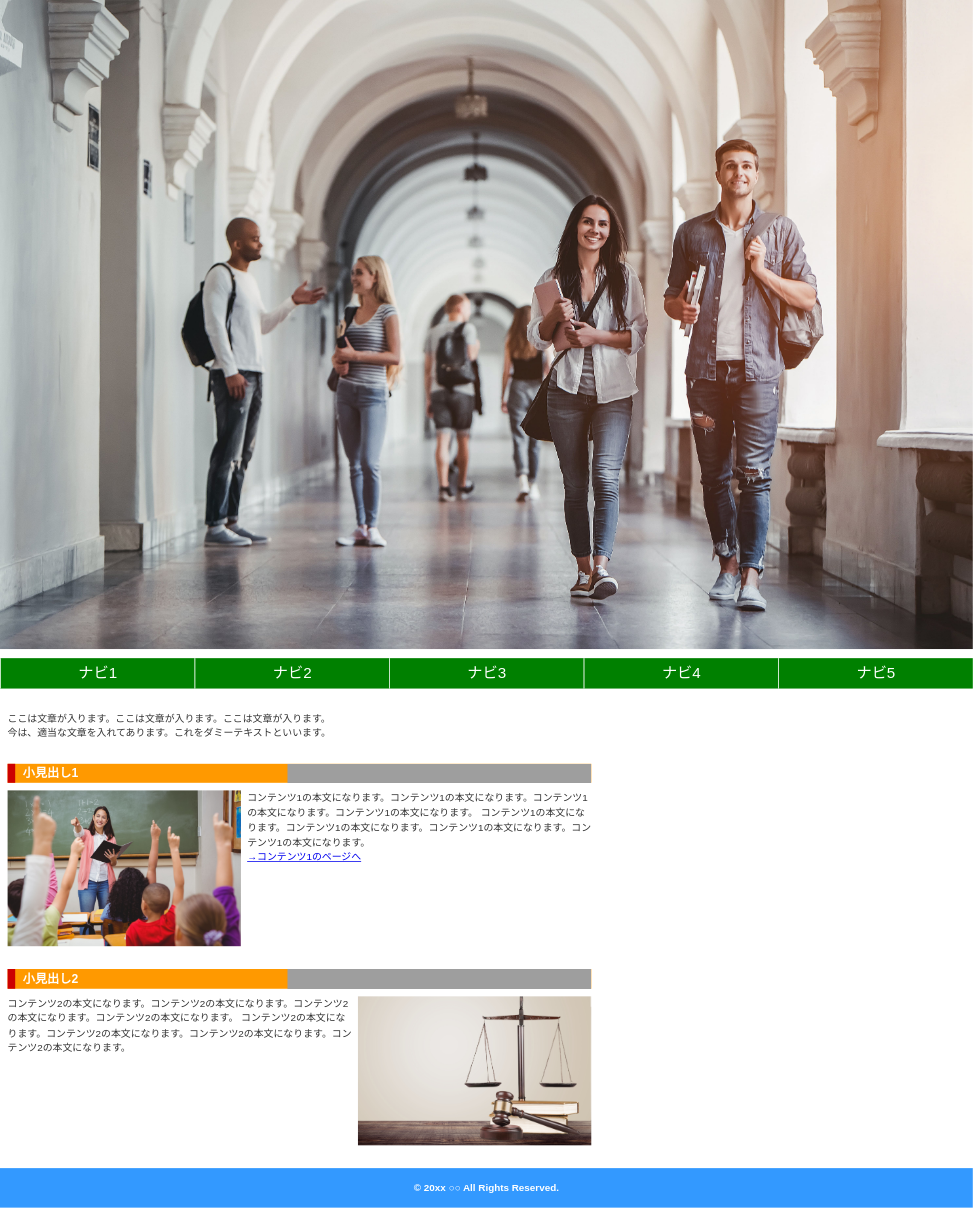
Repository: xki7-ko/samurai_HTML-CSS
Page: home.html
The author's editor kept a record of every edit. The page is drawn from the files as they stood at one moment, then again after the next edit.
The browser window is 1280 px wide. The pictures show the whole page, at 76% of full size.
Pictures or frames that could not be fetched are drawn as grey boxes.

Above is the page before.

### home.html
<!DOCTYPE html>
<html lang="ja">
    <head>
        <meta charset="UTF-8">
        <title>HTML/CSSの学習</title>
        <link rel="stylesheet" href="stylesheet.css">
    </head>
    <body>
        <div id="header">
            <h1><a href="index.html"><img id="corridor" src="images/corridor.jpg" alt="大学の廊下" /></a></h1>
        </div>
        <div id="wrapper">
            <div id="nav">
                <ul>
                    <li><a href="home.html">ナビ1</a></li>
                    <li><a href="#">ナビ2</a></li>
                    <li><a href="#">ナビ3</a></li>
                    <li><a href="#">ナビ4</a></li>
                    <li><a href="#">ナビ5</a></li>
                </ul>
            </div>
            <div id="container">
                <div id="main">
                    <div class="post">
                        <p>ここは文章が入ります。ここは文章が入ります。ここは文章が入ります。<br />今は、適当な文章を入れてあります。これをダミーテキストといいます。</p>
                    </div>
                    <div class="post clearfix">
                        <h2>小見出し1</h2>
                        <img class="left" src="images/classroom.jpg" alt="授業風景" />
                        <p>
                            コンテンツ1の本文になります。コンテンツ1の本文になります。コンテンツ1の本文になります。コンテンツ1の本文になります。
                            コンテンツ1の本文になります。コンテンツ1の本文になります。コンテンツ1の本文になります。コンテンツ1の本文になります。
                        </p>
                        <P><a href="#">→コンテンツ1のページへ</a></P>
                    </div>
                    <div class="post clearfix">
                        <h2>小見出し2</h2>
                        <img class="right" src="images/scale.jpg" alt="天秤" />
                        <p>
                            コンテンツ2の本文になります。コンテンツ2の本文になります。コンテンツ2の本文になります。コンテンツ2の本文になります。
                            コンテンツ2の本文になります。コンテンツ2の本文になります。コンテンツ2の本文になります。コンテンツ2の本文になります。
                        </p>
                    </div>
                </div>
            </div>
        </div>
        <div id="footer">
            <p>&copy; 20xx ○○ All Rights Reserved.</p>
        </div>
    </body>
</html>

### stylesheet.css
@charset "utf-8";

body {
    margin: 0;
    padding: 0;
    font-family: "ヒラギノ角ゴ　pro　w3",
    "Hiragino kaku Gothic Pro", "メイリオ",Meiryo,Osaka,
    "MS　Ｐゴシック","MS PGothic", sans-serif;
    color: #333;
    font-size: 13px;
    line-height: 150%;
}

/*--------------- wrapper --------------------*/

#wrapper {
    width: 100%;
    margin: auto;
    padding: 0px;
    border: 0px;
    background-color: #FFF;
    top: 10px;
    position: relative;
}

/*------------ header -------------*/
#header {
    width: 100%;
}
#header h1 {
    margin: 0;
    padding: 0;
}

#corridor {
    width: 100%;
    height: auto;
}

/*------------- footer ------------*/
#footer {
    clear: both;
    width: 100%;
    padding: 3px 0 3px 0;
    background: #39F;
    color: #FFF;
    font-weight: bold;
    text-align: center;
}

/*----------- nav ----------------*/
#nav {
    width: 100%;
}
#nav ul {
    margin: 0;
    padding: 0;
    list-style-type: none;
}
#nav ul li {
    float: left;
    width: 20%;
    text-align: center;
}
#nav ul li a {
    display: block;
    height: 20px;
    margin: 0;
    padding: 10px;
    color: #FFF;
    font-size: 20px;
    text-decoration: none;
    background-color: green;
    border-left: 1px solid white;
}

#nav ul li a:hover{
	filter: drop-shadow(10px 10px 10px black);
}

/*------------- container ---------------*/
#container {
	width: 100%;
	margin: auto ;
	padding-top: 20px;
	clear: both;
}
/* -------------------- main -------------------- */
#main {
	float: left;
	width: 60%;
	padding: 10px 30px 10px 10px;
}
#main h2 {
	margin: 0 0 10px 0;
	padding: 3px 10px 3px 10px;
	color: #FFF;
	font-size: 16px;
	border-left: solid 10px #C00;
	background: #F90 url(../images/main_h2.jpg) right top repeat-y;
}
#main p {
	margin: 0;
	padding: 0;
}
#main .post {
	margin: 0 0 30px 0;
}

#main .post img.right {
	margin: 0 0 0 8px;
}
#main .post img.left {
	margin: 0 8px 0 0;
}

.right {
	float: right;
	width: 40%;
	height: auto;
}
.left {
	float: left;
	width: 40%;
	height: auto;
}

/* -------------------- clearfix -------------------- */
.clearfix {
	zoom: 1;
}
.clearfix:after{
	content: "";
	display: block;
	clear: both;
}

/* -------------------- side -------------------- */
#side {
	float: right;
	width: 30%;
	padding: 20px;
	background-color: #F99;
}
#side .box {
	margin: 0 auto 30px auto;
	padding: 0 0 20px 0;
	background: url(images/side_box.png) bottom no-repeat;
}
#side .box h2 {
	margin: 0;
	padding: 8px;
	text-align: center;
	color: #FFF;
	font-size: 16px;
	line-height: 16px;
	font-weight: normal;
	background: url(images/side_box_h2.png) center no-repeat;
}
#side .box .boxBody {
	padding: 8px;
	border-right: solid 1px #C36;
	border-bottom: solid 1px #C36;
	border-left: solid 1px #C36;
	background: #FFF;
}
#side .box .boxBody ul {
	margin: 0 0 16px 0;
	padding: 0;
}
#side .box .boxBody ul li {
	padding: 8px 0 8px 4px;
	list-style: none;
	border-bottom: solid 1px #C36;
}

After the next edit:
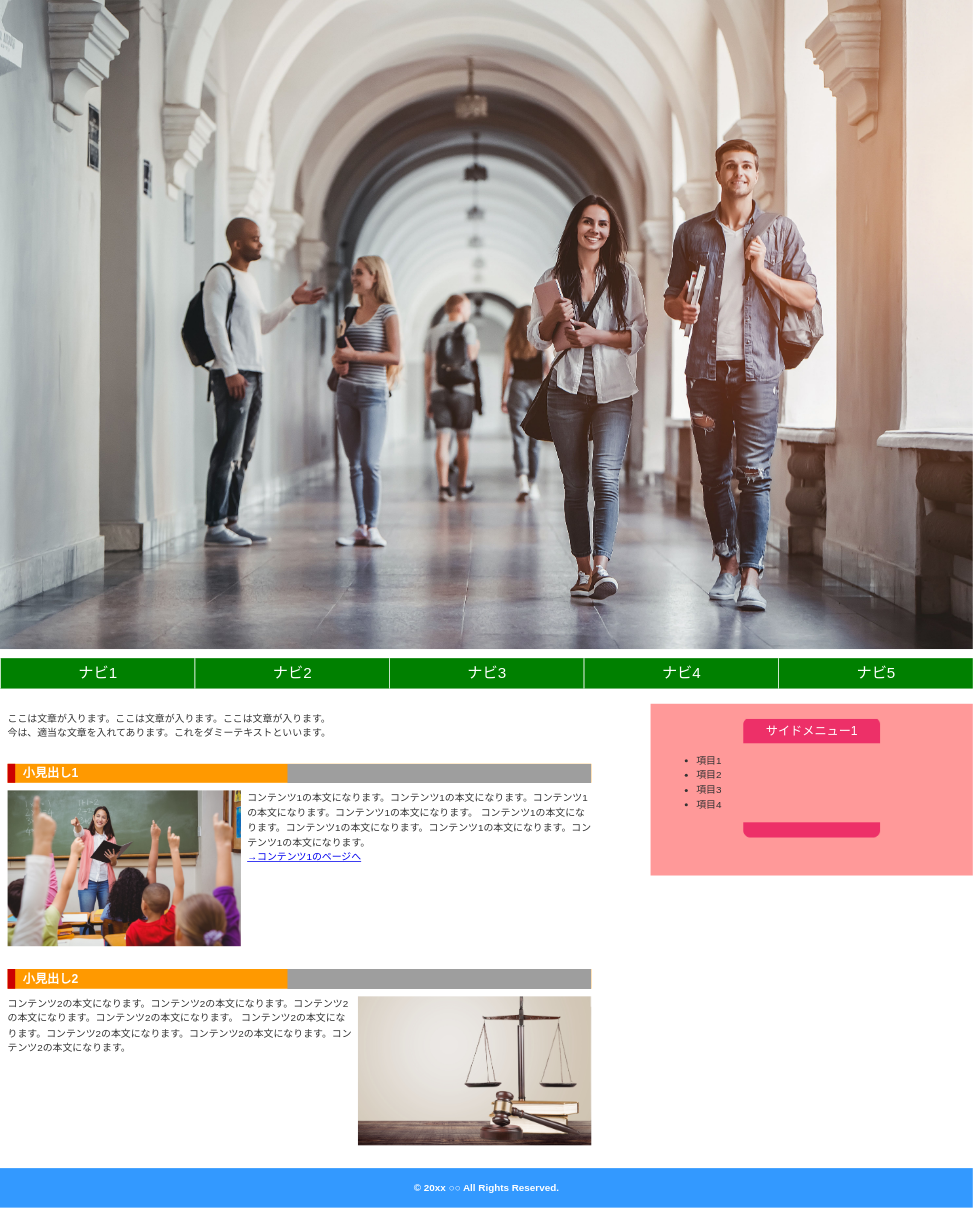
The edit:
--- a/home.html
+++ b/home.html
@@ -42,6 +42,19 @@
                         </p>
                     </div>
                 </div>
+                <div id="side">
+                    <div class="box">
+                        <h2>サイドメニュー1</h2>
+                        <div class="boxbody">
+                            <ul>
+                                <li>項目1</li>
+                                <li>項目2</li>
+                                <li>項目3</li>
+                                <li>項目4</li>
+                            </ul>
+                        </div>
+                    </div>
+                </div>
             </div>
         </div>
         <div id="footer">
